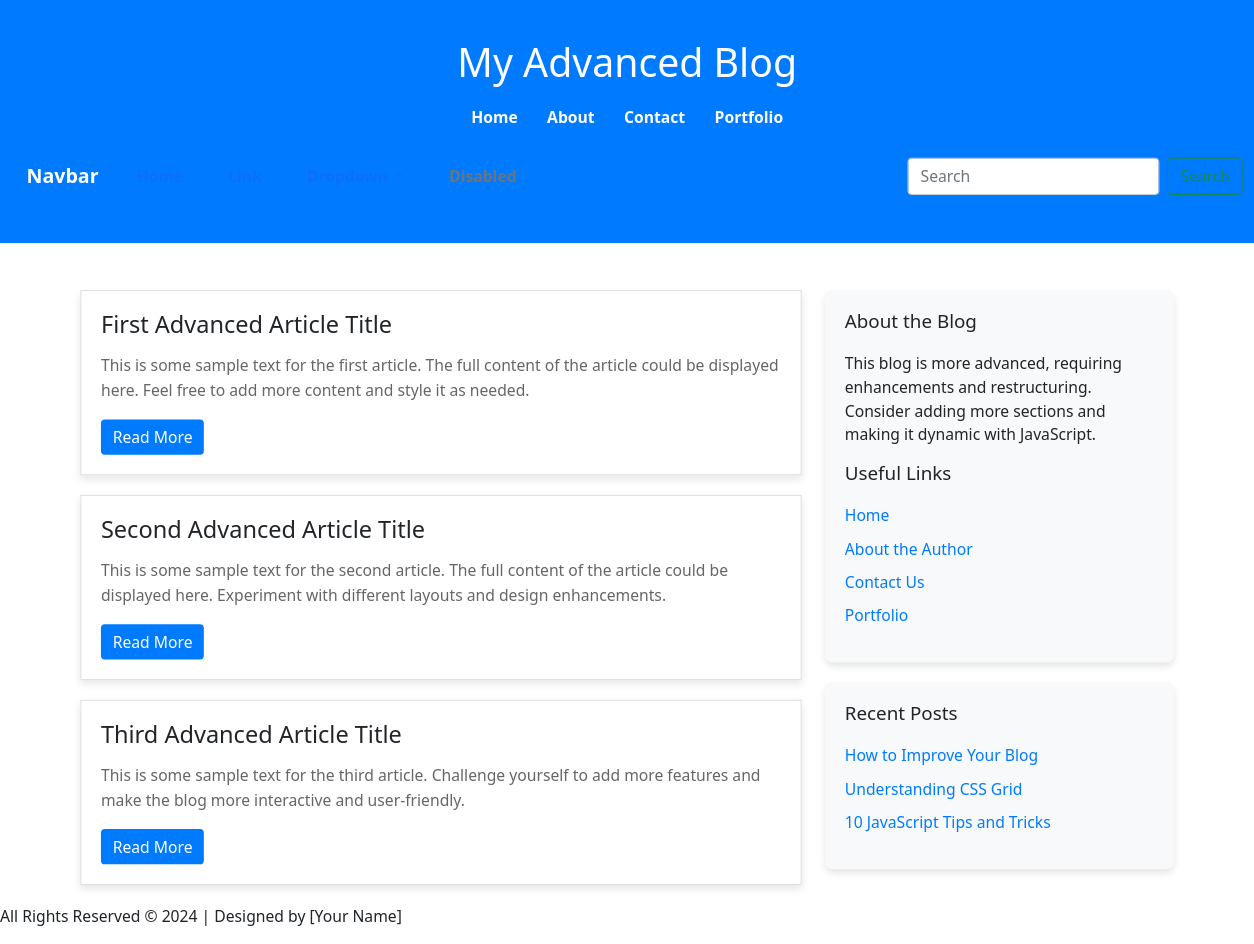
Repository: zeinawady/Blog-Code-Refactoring
Page: index.html
The author's editor kept a copy of each file at every save. The page is drawn from the files as they stood at one save, then again after the next save.
The browser window is 1280 px wide. The pictures show the whole page, at 98% of full size.

Above is the page before, as saved 2024-09-23 14:07:53.

### index.html
<!DOCTYPE html>
<html lang="en">
  <head>
    <meta charset="UTF-8" />
    <meta name="viewport" content="width=device-width, initial-scale=1.0" />
    <title>My Advanced Blog</title>
    <link rel="stylesheet" href="style.css">
    <link
      href="https://cdn.jsdelivr.net/npm/bootstrap@5.1.3/dist/css/bootstrap.min.css"
      rel="stylesheet"
    />

  </head>
  <body>
    <header>
      <h1>My Advanced Blog</h1>
      <nav>
        <a href="#">Home</a>
        <a href="#">About</a>
        <a href="#">Contact</a>
        <a href="#">Portfolio</a>
      </nav>
      <nav class="navbar navbar-expand-lg bg-body-tertiary">
        <div class="container-fluid">
          <a class="navbar-brand" href="#">Navbar</a>
          <button class="navbar-toggler" type="button" data-bs-toggle="collapse" data-bs-target="#navbarSupportedContent" aria-controls="navbarSupportedContent" aria-expanded="false" aria-label="Toggle navigation">
            <span class="navbar-toggler-icon"></span>
          </button>
          <div class="collapse navbar-collapse" id="navbarSupportedContent">
            <ul class="navbar-nav me-auto mb-2 mb-lg-0">
              <li class="nav-item">
                <a class="nav-link active" aria-current="page" href="#">Home</a>
              </li>
              <li class="nav-item">
                <a class="nav-link" href="#">Link</a>
              </li>
              <li class="nav-item dropdown">
                <a class="nav-link dropdown-toggle" href="#" role="button" data-bs-toggle="dropdown" aria-expanded="false">
                  Dropdown
                </a>
                <ul class="dropdown-menu">
                  <li><a class="dropdown-item" href="#">Action</a></li>
                  <li><a class="dropdown-item" href="#">Another action</a></li>
                  <li><hr class="dropdown-divider"></li>
                  <li><a class="dropdown-item" href="#">Something else here</a></li>
                </ul>
              </li>
              <li class="nav-item">
                <a class="nav-link disabled" aria-disabled="true">Disabled</a>
              </li>
            </ul>
            <form class="d-flex" role="search">
              <input class="form-control me-2" type="search" placeholder="Search" aria-label="Search">
              <button class="btn btn-outline-success" type="submit">Search</button>
            </form>
          </div>
        </div>
      </nav>
    </header>

    <div class="container mt-5">
      <div class="row">
        <div class="col-lg-8">
          <article>
            <h2>First Advanced Article Title</h2>
            <p>
              This is some sample text for the first article. The full content
              of the article could be displayed here. Feel free to add more
              content and style it as needed.
            </p>
            <button class="btn btn-primary">Read More</button>
          </article>
          <article>
            <h2>Second Advanced Article Title</h2>
            <p>
              This is some sample text for the second article. The full content
              of the article could be displayed here. Experiment with different
              layouts and design enhancements.
            </p>
            <button class="btn btn-primary">Read More</button>
          </article>
          <article>
            <h2>Third Advanced Article Title</h2>
            <p>
              This is some sample text for the third article. Challenge yourself
              to add more features and make the blog more interactive and
              user-friendly.
            </p>
            <button class="btn btn-primary">Read More</button>
          </article>
        </div>
        <div class="col-md-4">
          <aside>
            <h3>About the Blog</h3>
            <p>
              This blog is more advanced, requiring enhancements and
              restructuring. Consider adding more sections and making it dynamic
              with JavaScript.
            </p>
            <h3>Useful Links</h3>
            <ul>
              <li><a href="#">Home</a></li>
              <li><a href="#">About the Author</a></li>
              <li><a href="#">Contact Us</a></li>
              <li><a href="#">Portfolio</a></li>
            </ul>
          </aside>
          <aside>
            <h3>Recent Posts</h3>
            <ul>
              <li><a href="#">How to Improve Your Blog</a></li>
              <li><a href="#">Understanding CSS Grid</a></li>
              <li><a href="#">10 JavaScript Tips and Tricks</a></li>
            </ul>
          </aside>
        </div>
      </div>
    </div>

    <footer>
      <p>All Rights Reserved © 2024 | Designed by [Your Name]</p>
    </footer>

    <script src="https://cdn.jsdelivr.net/npm/bootstrap@5.1.3/dist/js/bootstrap.bundle.min.js"></script>
  </body>
</html>

### style.css
body {
    font-family: Arial, sans-serif;
    background-color: #f4f4f9;
  }
  header {
    background-color: #007bff;
    color: white;
    padding: 40px 0;
    text-align: center;
    position: relative;
  }
  header::after {
    content: "";
    position: absolute;
    bottom: -20px;
    left: 50%;
    transform: translateX(-50%);
    width: 100px;
    height: 5px;
    background-color: white;
  }
  nav {
    display: flex;
    justify-content: center;
    margin-top: 20px;
  }
  nav a {
    color: white;
    margin: 0 15px;
    text-decoration: none;
    font-weight: bold;
  }
  nav a:hover {
    text-decoration: underline;
  }
  article {
    border: 1px solid #ddd;
    margin-bottom: 20px;
    padding: 20px;
    background-color: white;
    box-shadow: 0 4px 8px rgba(0, 0, 0, 0.1);
    transition: transform 0.3s ease, box-shadow 0.3s ease;
  }
 artcile:hover {
    transform: translateY(-5px);
    box-shadow: 0 8px 16px rgba(0, 0, 0, 0.2);
  }
  article h2 {
    font-size: 1.5rem;
    margin-bottom: 15px;
  }
  article p {
    color: #666;
    line-height: 1.6;
  }
  article .btn-primary {
    background-color: #007bff;
    border: none;
  }
  article .btn-primary:hover {
    background-color: #0056b3;
  }
  aside {
    background-color: #f8f9fa;
    padding: 20px;
    border-radius: 8px;
    box-shadow: 0 4px 8px rgba(0, 0, 0, 0.1);
    margin-bottom: 20px;
  }
  aside h3 {
    margin-bottom: 20px;
    font-size: 1.2rem;
  }
  aside ul {
    list-style-type: none;
    padding-left: 0;
  }
  aside ul li {
    margin-bottom: 10px;
  }
  aside ul li a {
    color: #007bff;
    text-decoration: none;
  }
  aside ul li a:hover {
    text-decoration: underline;
  }
  .footer {
    background-color: #343a40;
    color: white;
    text-align: center;
    padding: 20px;
    margin-top: 40px;
  }
  .footer p {
    margin: 0;
  }

After the next save:
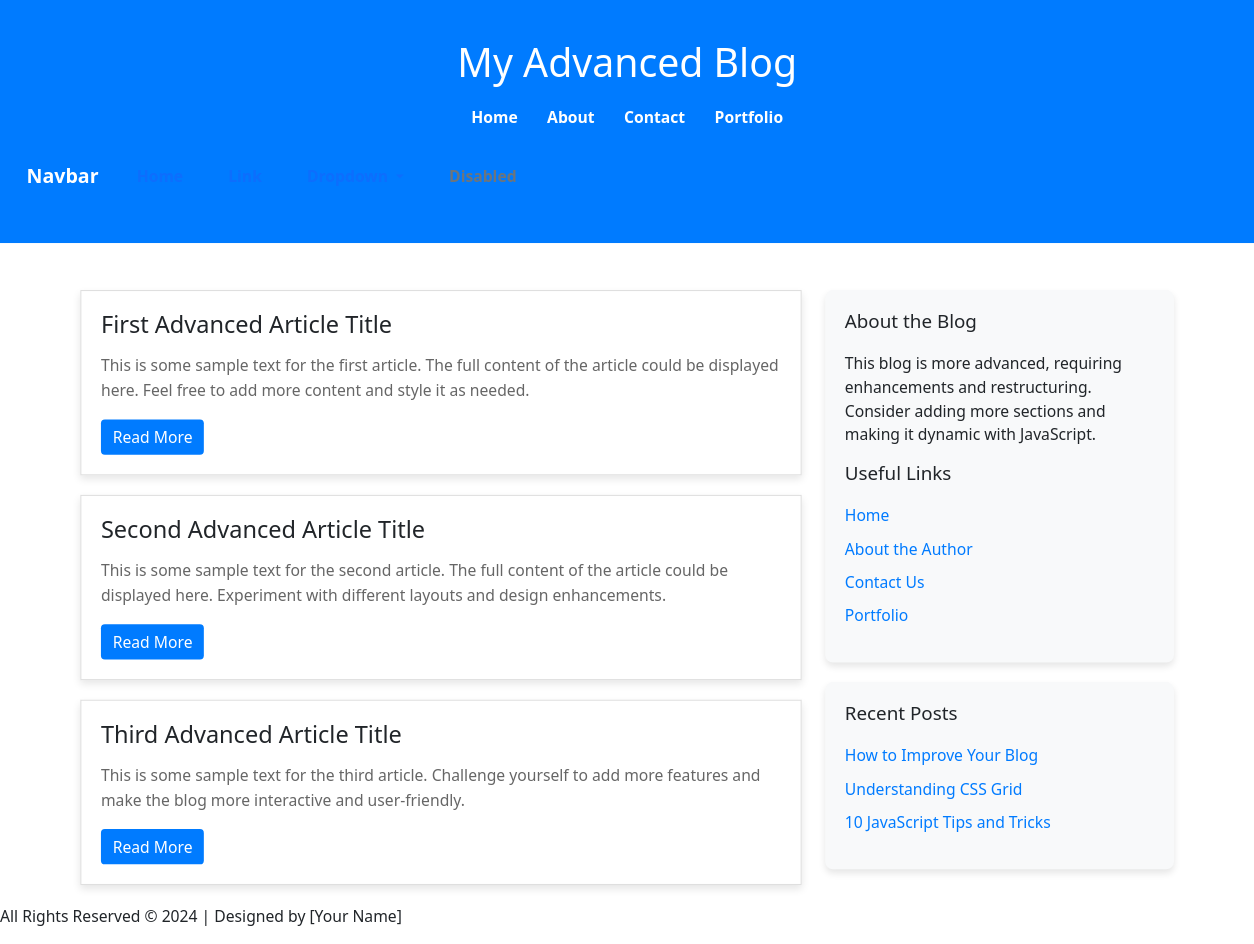
Saved 5 s later.
--- a/index.html
+++ b/index.html
@@ -49,10 +49,7 @@
                 <a class="nav-link disabled" aria-disabled="true">Disabled</a>
               </li>
             </ul>
-            <form class="d-flex" role="search">
-              <input class="form-control me-2" type="search" placeholder="Search" aria-label="Search">
-              <button class="btn btn-outline-success" type="submit">Search</button>
-            </form>
+
           </div>
         </div>
       </nav>
